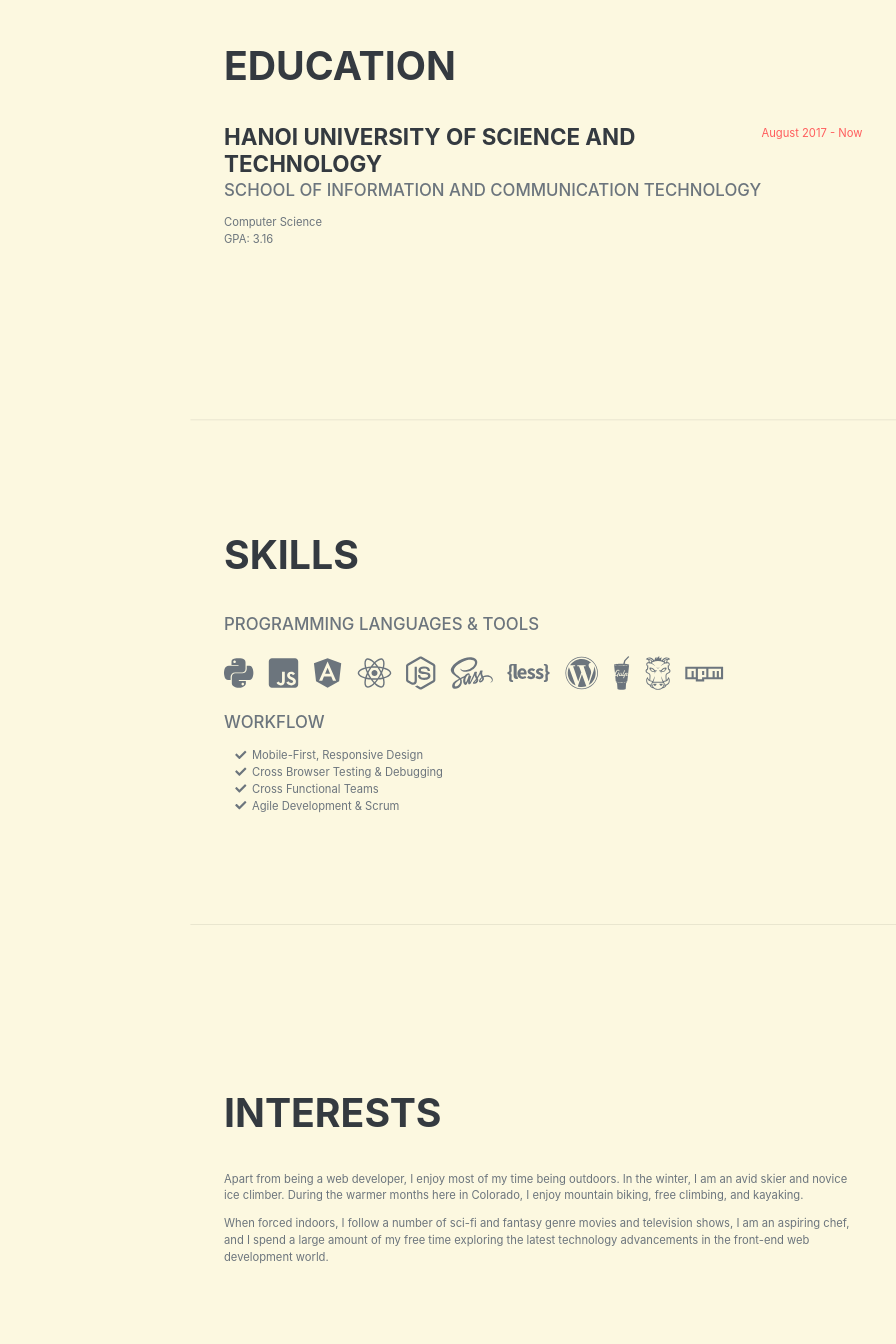
Repository: nguyenlcc/Online-CV
Page: index.html
The author's editor kept a copy of each file at every save. The page is drawn from the files as they stood at one save, then again after a run of saves.
The browser window is 1280 px wide. The pictures show the part of the page from y = 1869 to 3789 px (the page is 4631 px tall), at 70% of full size.
Some web fonts or font styles are not loaded; a fallback is used. Some web libraries are served in a nearby version.

Above is the page before, as saved 2022-05-23 01:16:49.

### index.html
<!DOCTYPE html>
<html lang="en">
  <head>
    <meta charset="utf-8" />
    <meta
      name="viewport"
      content="width=device-width, initial-scale=1, shrink-to-fit=no"
    />
    <meta name="description" content="" />
    <meta name="author" content="" />
    <title>Le Cong Nguyen</title>
    <link rel="icon" type="image/x-icon" href="assets/img/favicon.ico" />
    <!-- Font Awesome icons (free version)-->
    <script
      src="https://use.fontawesome.com/releases/v5.13.0/js/all.js"
      crossorigin="anonymous"
    ></script>
    <!-- Google fonts-->
    <link
      href="https://fonts.googleapis.com/css?family=Saira+Extra+Condensed:500,700"
      rel="stylesheet"
      type="text/css"
    />
    <link
      href="https://fonts.googleapis.com/css?family=Muli:400,400i,800,800i"
      rel="stylesheet"
      type="text/css"
    />
    <!-- Core theme CSS (includes Bootstrap)-->
    <link href="css/styles.css" rel="stylesheet" />
  </head>
  <body id="page-top">
    <!-- Navigation-->
    <nav
      class="navbar navbar-expand-lg navbar-dark bg-primary fixed-top"
      id="sideNav"
    >
      <a class="navbar-brand js-scroll-trigger" href="#page-top">
        <span class="d-block d-lg-none">LE CONG NGUYEN</span>
        <span class="d-none d-lg-block"
          ><img
            class="img-fluid img-profile rounded-circle mx-auto mb-2"
            src="assets/img/profile.jpg"
            alt=""
        /></span>
      </a>
      <button
        class="navbar-toggler"
        type="button"
        data-toggle="collapse"
        data-target="#navbarSupportedContent"
        aria-controls="navbarSupportedContent"
        aria-expanded="false"
        aria-label="Toggle navigation"
      >
        <span class="navbar-toggler-icon"></span>
      </button>
      <div class="collapse navbar-collapse" id="navbarSupportedContent">
        <ul class="navbar-nav">
          <li class="nav-item">
            <a class="nav-link js-scroll-trigger" href="#about">About</a>
          </li>
          <li class="nav-item">
            <a class="nav-link js-scroll-trigger" href="#experience"
              >Experience</a
            >
          </li>
          <li class="nav-item">
            <a class="nav-link js-scroll-trigger" href="#education"
              >Education</a
            >
          </li>
          <li class="nav-item">
            <a class="nav-link js-scroll-trigger" href="#skills">Skills</a>
          </li>
          <li class="nav-item">
            <a class="nav-link js-scroll-trigger" href="#interests"
              >Interests</a
            >
          </li>
          <li class="nav-item">
            <a class="nav-link js-scroll-trigger" href="#awards">Awards</a>
          </li>
        </ul>
      </div>
    </nav>
    <!-- Page Content-->
    <div class="container-fluid p-0">
      <!-- About-->
      <section class="resume-section" id="about">
        <div class="resume-section-content">
          <h1 class="mb-0">
            LE CONG
            <span class="text-primary">NGUYEN</span>
          </h1>
          <div class="subheading mb-5">
            THINH LIET, HOANG MAI, HA NOI · 0904532091 ·
            <a href="mailto:name@email.com">nguyen.lc41@gmail.com</a>
          </div>
          <p class="lead mb-5">
            I am experienced in leveraging agile frameworks to provide a robust
            synopsis for high level overviews. Iterative approaches to corporate
            strategy foster collaborative thinking to further the overall value
            proposition.
          </p>
          <div class="social-icons">
            <a class="social-icon" href="https://www.linkedin.com/in/nguy%C3%AAn-l%C3%AA-c%C3%B4ng-0b1731233/"
              ><i class="fab fa-linkedin-in"></i
            ></a>
            <a class="social-icon" href="https://github.com/nguyenlecong"><i class="fab fa-github"></i></a>
            <a class="social-icon" href="https://twitter.com/vi3ix_"><i class="fab fa-twitter"></i></a>
            <a class="social-icon" href="https://www.facebook.com/nguyenlc5139/"
              ><i class="fab fa-facebook-f"></i
            ></a>
          </div>
        </div>
      </section>
      <hr class="m-0" />
      <!-- Experience-->
      <section class="resume-section" id="experience">
        <div class="resume-section-content">
          <h2 class="mb-5">Experience</h2>
          <div
            class="d-flex flex-column flex-md-row justify-content-between mb-5"
          >
            <div class="flex-grow-1">
              <h3 class="mb-0">Computer Vision Intern</h3>
              <div class="subheading mb-3">Arrow Technologies Vietnam</div>
              <p>
                Bring to the table win-win survival strategies to ensure
                proactive domination. At the end of the day, going forward, a
                new normal that has evolved from generation X is on the runway
                heading towards a streamlined cloud solution. User generated
                content in real-time will have multiple touchpoints for
                offshoring.
              </p>
            </div>
            <div class="flex-shrink-0">
              <span class="text-primary">September 2020 - December 2020</span>
            </div>
          </div>
          <div
            class="d-flex flex-column flex-md-row justify-content-between mb-5"
          >
            <div class="flex-grow-1">
              <h3 class="mb-0">AI Engineer Intern</h3>
              <div class="subheading mb-3">IBM Vietnam</div>
              <p>
                Capitalize on low hanging fruit to identify a ballpark value
                added activity to beta test. Override the digital divide with
                additional clickthroughs from DevOps. Nanotechnology immersion
                along the information highway will close the loop on focusing
                solely on the bottom line.
              </p>
            </div>
            <div class="flex-shrink-0">
              <span class="text-primary">June 2021 - September 2021</span>
            </div>
          </div>
          <div
            class="d-flex flex-column flex-md-row justify-content-between mb-5"
          >
            <div class="flex-grow-1">
              <h3 class="mb-0">Computer Vision Collaborator</h3>
              <div class="subheading mb-3">ThinkLABs JSC</div>
              <p>
                Podcasting operational change management inside of workflows to
                establish a framework. Taking seamless key performance
                indicators offline to maximise the long tail. Keeping your eye
                on the ball while performing a deep dive on the start-up
                mentality to derive convergence on cross-platform integration.
              </p>
            </div>
            <div class="flex-shrink-0">
              <span class="text-primary">December 2021 - June 2022</span>
            </div>
          </div>
        </div>
      </section>
      <hr class="m-0" />
      <!-- Education-->
      <section class="resume-section" id="education">
        <div class="resume-section-content">
          <h2 class="mb-5">Education</h2>
          <div
            class="d-flex flex-column flex-md-row justify-content-between mb-5"
          >
            <div class="flex-grow-1">
              <h3 class="mb-0">HANOI UNIVERSITY OF SCIENCE AND TECHNOLOGY</h3>
              <div class="subheading mb-3">
                SCHOOL OF INFORMATION AND COMMUNICATION TECHNOLOGY
              </div>
              <div>Computer Science</div>
              <p>GPA: 3.16</p>
            </div>
            <div class="flex-shrink-0">
              <span class="text-primary">August 2017 - Now</span>
            </div>
          </div>
          <!-- <div class="d-flex flex-column flex-md-row justify-content-between">
            <div class="flex-grow-1">
              <h3 class="mb-0">James Buchanan High School</h3>
              <div class="subheading mb-3">Technology Magnet Program</div>
              <p>GPA: 3.56</p>
            </div>
            <div class="flex-shrink-0">
              <span class="text-primary">August 2002 - May 2006</span>
            </div> -->
          </div>
        </div>
      </section>
      <hr class="m-0" />
      <!-- Skills-->
      <section class="resume-section" id="skills">
        <div class="resume-section-content">
          <h2 class="mb-5">Skills</h2>
          <div class="subheading mb-3">Programming Languages & Tools</div>
          <ul class="list-inline dev-icons">
            <li class="list-inline-item"><i class="fab fa-python"></i></li>
            <li class="list-inline-item"><i class="fab fa-js-square"></i></li>
            <li class="list-inline-item"><i class="fab fa-angular"></i></li>
            <li class="list-inline-item"><i class="fab fa-react"></i></li>
            <li class="list-inline-item"><i class="fab fa-node-js"></i></li>
            <li class="list-inline-item"><i class="fab fa-sass"></i></li>
            <li class="list-inline-item"><i class="fab fa-less"></i></li>
            <li class="list-inline-item"><i class="fab fa-wordpress"></i></li>
            <li class="list-inline-item"><i class="fab fa-gulp"></i></li>
            <li class="list-inline-item"><i class="fab fa-grunt"></i></li>
            <li class="list-inline-item"><i class="fab fa-npm"></i></li>
          </ul>
          <div class="subheading mb-3">Workflow</div>
          <ul class="fa-ul mb-0">
            <li>
              <span class="fa-li"><i class="fas fa-check"></i></span>
              Mobile-First, Responsive Design
            </li>
            <li>
              <span class="fa-li"><i class="fas fa-check"></i></span>
              Cross Browser Testing & Debugging
            </li>
            <li>
              <span class="fa-li"><i class="fas fa-check"></i></span>
              Cross Functional Teams
            </li>
            <li>
              <span class="fa-li"><i class="fas fa-check"></i></span>
              Agile Development & Scrum
            </li>
          </ul>
        </div>
      </section>
      <hr class="m-0" />
      <!-- Interests-->
      <section class="resume-section" id="interests">
        <div class="resume-section-content">
          <h2 class="mb-5">Interests</h2>
          <p>
            Apart from being a web developer, I enjoy most of my time being
            outdoors. In the winter, I am an avid skier and novice ice climber.
            During the warmer months here in Colorado, I enjoy mountain biking,
            free climbing, and kayaking.
          </p>
          <p class="mb-0">
            When forced indoors, I follow a number of sci-fi and fantasy genre
            movies and television shows, I am an aspiring chef, and I spend a
            large amount of my free time exploring the latest technology
            advancements in the front-end web development world.
          </p>
        </div>
      </section>
      <hr class="m-0" />
      <!-- Awards-->
      <section class="resume-section" id="awards">
        <div class="resume-section-content">
          <h2 class="mb-5">Awards & Certifications</h2>
          <ul class="fa-ul mb-0">
            <li>
              <span class="fa-li"
                ><i class="fas fa-trophy text-warning"></i
              ></span>
              Silver Medal for Excellence in Mathematics on Casio Calculator in 12th Grade
            </li>
            <li>
              <span class="fa-li"
                ><i class="fas fa-trophy text-warning"></i
              ></span>
              Consolation Prize in the Provincial Examination for Excellent Students in Mathematics in 12th Grade
            </li>
            <li>
              <span class="fa-li"
                ><i class="fas fa-trophy text-warning"></i
              ></span>
              Level B of Scholarships for the Term 2 of the School Year 2020-2021, Hanoi University of Science and Technology
            </li>
            <li>
              <span class="fa-li"
                ><i class="fas fa-trophy text-warning"></i
              ></span>
              Level A of Scholarships for the Term 1 of the School Year 2021-2022, Hanoi University of Science and Technology
            </li>
          </ul>
        </div>
      </section>
    </div>
    <!-- Bootstrap core JS-->
    <script src="https://cdnjs.cloudflare.com/ajax/libs/jquery/3.5.1/jquery.min.js"></script>
    <script src="https://stackpath.bootstrapcdn.com/bootstrap/4.5.0/js/bootstrap.bundle.min.js"></script>
    <!-- Third party plugin JS-->
    <script src="https://cdnjs.cloudflare.com/ajax/libs/jquery-easing/1.4.1/jquery.easing.min.js"></script>
    <!-- Core theme JS-->
    <script src="js/scripts.js"></script>
  </body>
</html>

### js/scripts.js
/*!
    * Start Bootstrap - Resume v6.0.1 (https://startbootstrap.com/template-overviews/resume)
    * Copyright 2013-2020 Start Bootstrap
    * Licensed under MIT (https://github.com/StartBootstrap/startbootstrap-resume/blob/master/LICENSE)
    */
    (function ($) {
    "use strict"; // Start of use strict

    // Smooth scrolling using jQuery easing
    $('a.js-scroll-trigger[href*="#"]:not([href="#"])').click(function () {
        if (
            location.pathname.replace(/^\//, "") ==
                this.pathname.replace(/^\//, "") &&
            location.hostname == this.hostname
        ) {
            var target = $(this.hash);
            target = target.length
                ? target
                : $("[name=" + this.hash.slice(1) + "]");
            if (target.length) {
                $("html, body").animate(
                    {
                        scrollTop: target.offset().top,
                    },
                    1000,
                    "easeInOutExpo"
                );
                return false;
            }
        }
    });

    // Closes responsive menu when a scroll trigger link is clicked
    $(".js-scroll-trigger").click(function () {
        $(".navbar-collapse").collapse("hide");
    });

    // Activate scrollspy to add active class to navbar items on scroll
    $("body").scrollspy({
        target: "#sideNav",
    });
})(jQuery); // End of use strict

Loaded but not shown: css/styles.css (library)

After the next 2 saves:
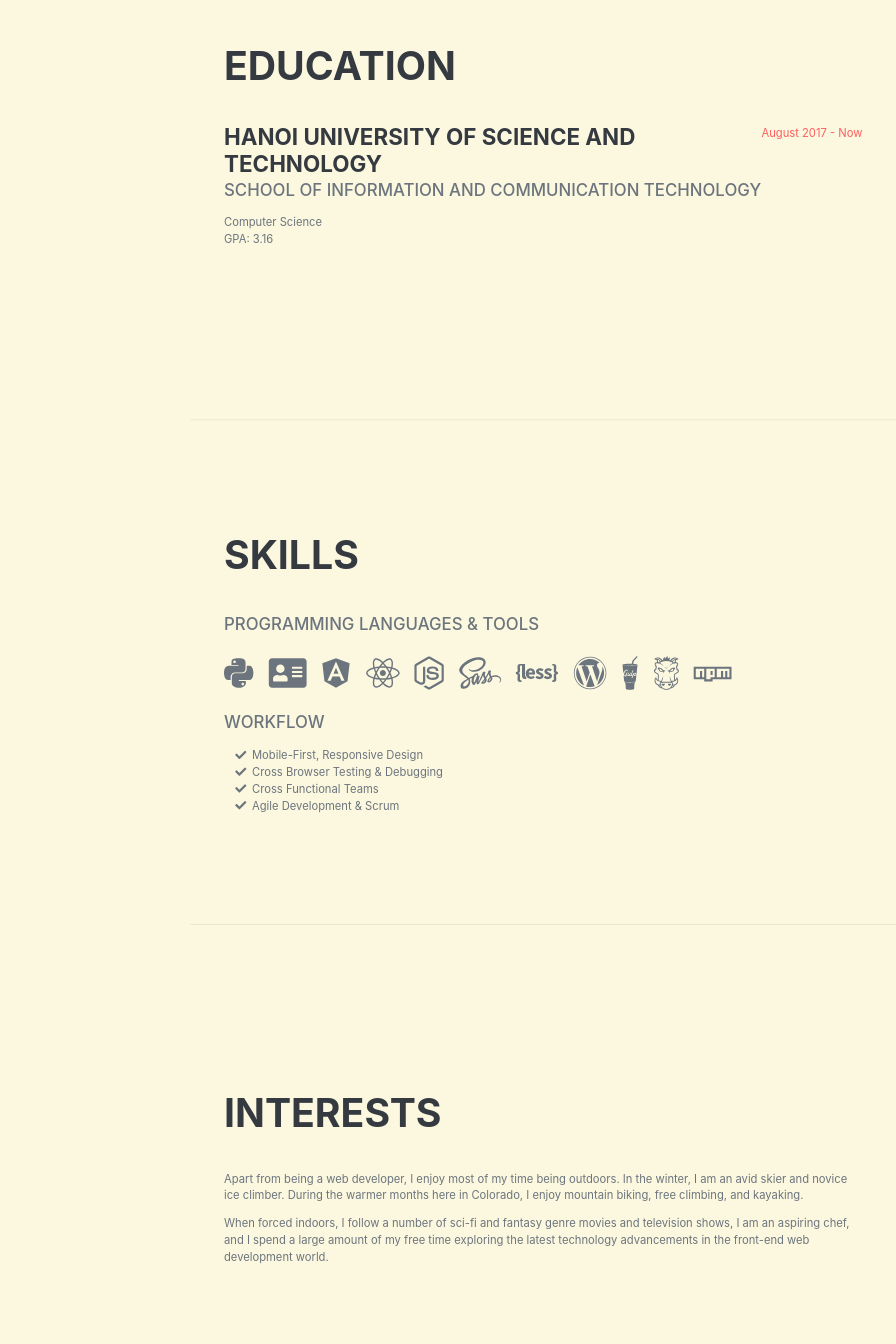
The 2 saves are shown as one change because they came seconds apart.
The last was saved 71 s later.
--- a/index.html
+++ b/index.html
@@ -217,7 +217,7 @@
           <div class="subheading mb-3">Programming Languages & Tools</div>
           <ul class="list-inline dev-icons">
             <li class="list-inline-item"><i class="fab fa-python"></i></li>
-            <li class="list-inline-item"><i class="fab fa-js-square"></i></li>
+            <li class="list-inline-item"><i class="fas fa-address-card"></i></li>
             <li class="list-inline-item"><i class="fab fa-angular"></i></li>
             <li class="list-inline-item"><i class="fab fa-react"></i></li>
             <li class="list-inline-item"><i class="fab fa-node-js"></i></li>
